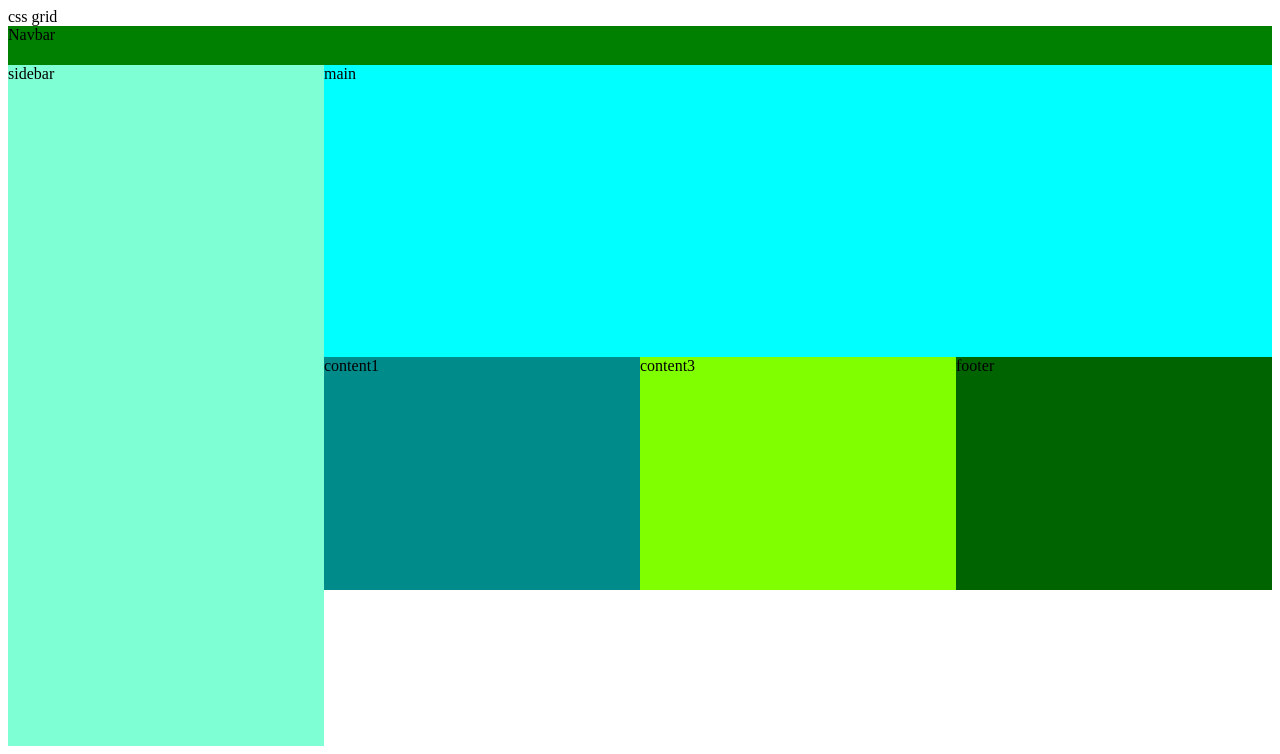
Repository: miraclesamson/cssgrid
Page: index.html
An editor plug-in stored every save of this project. The page is shown before and after the next save, followed by the edit.
The browser window is 1280 px wide. The pictures show the whole page.

Above is the page before, as saved 2022-06-24 12:51:26.

### index.html
<!DOCTYPE html>
<html lang="en">

<head>
    <meta charset="UTF-8">
    <meta http-equiv="X-UA-Compatible" content="IE=edge">
    <meta name="viewport" content="width=device-width, initial-scale=1.0">
    <link rel="stylesheet" href="./style.css" <title>css grid</title>
</head>

<body>
    <div class="container">
        <nav>Navbar</nav>
        <main>main</main>
        <div id="sidebar">sidebar</div>
        <div id="content1">content1</div>
        <div id="content2">content2</div>
        <div id="content3">content3</div>
        <div id="footer">footer</div>

    </div>

</body>

</html>

### style.css
.container {
  display: grid;
  height: 100vh;
  grid-template-columns: 1fr 1fr 1fr 1fr;
  grid-template-rows: 0.2fr 1.5fr 1.2fr 0.8fr;
  grid-template-areas:
    "nav nav nav nav"
    "sidebar main main main"
    "sidebar content1 content2 content3"
    "sidebar footer footer footer";
}
nav {
  background: green;
  grid-area: nav;
}
main {
  background: aqua;
  grid-area: main;
}
#sidebar {
  background: aquamarine;
  grid-area: sidebar;
}
#content1 {
  background: darkcyan;
  grid-area: content1;
}
#content2 {
  background: cyan;
  grid-area: content2;
}
#content3 {
  background: chartreuse;
  grid-area: content2;
}
#footer {
  background: darkgreen;
  grid-area: content3;
}

After the next save:
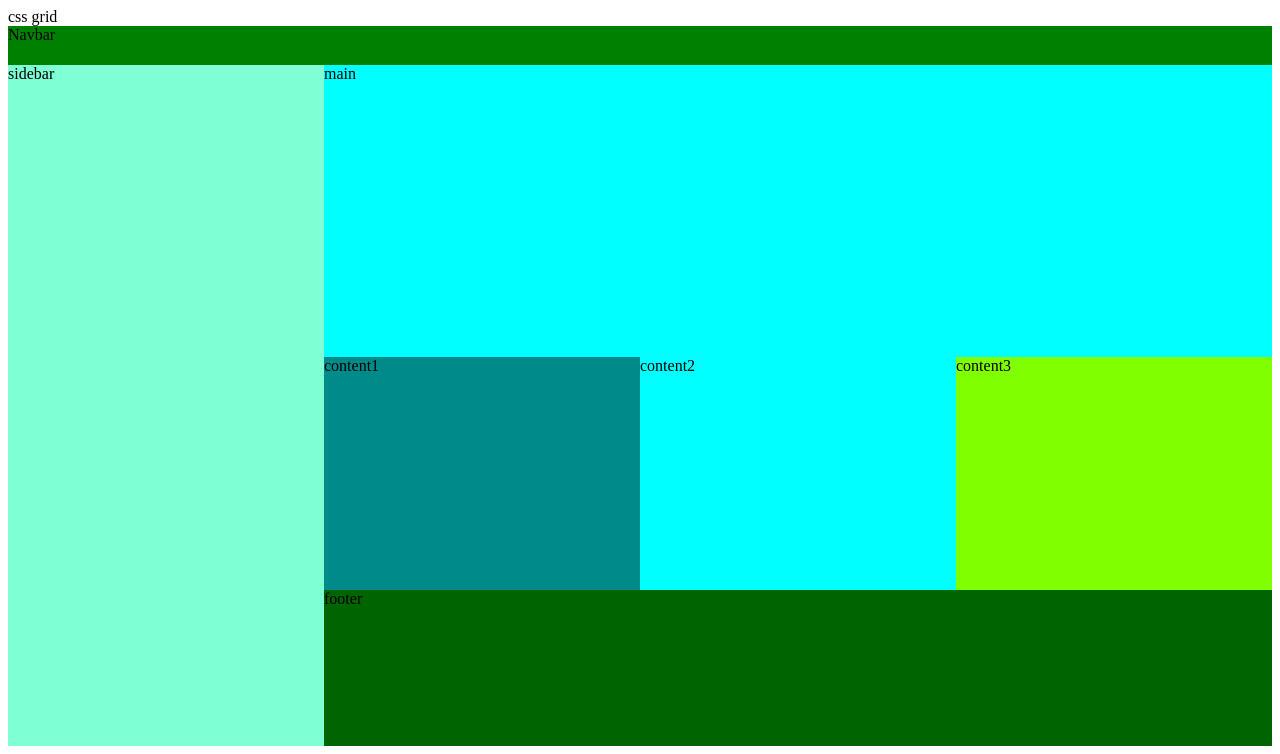
Saved 62 s later.
--- a/style.css
+++ b/style.css
@@ -31,9 +31,9 @@ main {
 }
 #content3 {
   background: chartreuse;
-  grid-area: content2;
+  grid-area: content3;
 }
 #footer {
   background: darkgreen;
-  grid-area: content3;
+  grid-area: footer;
 }
